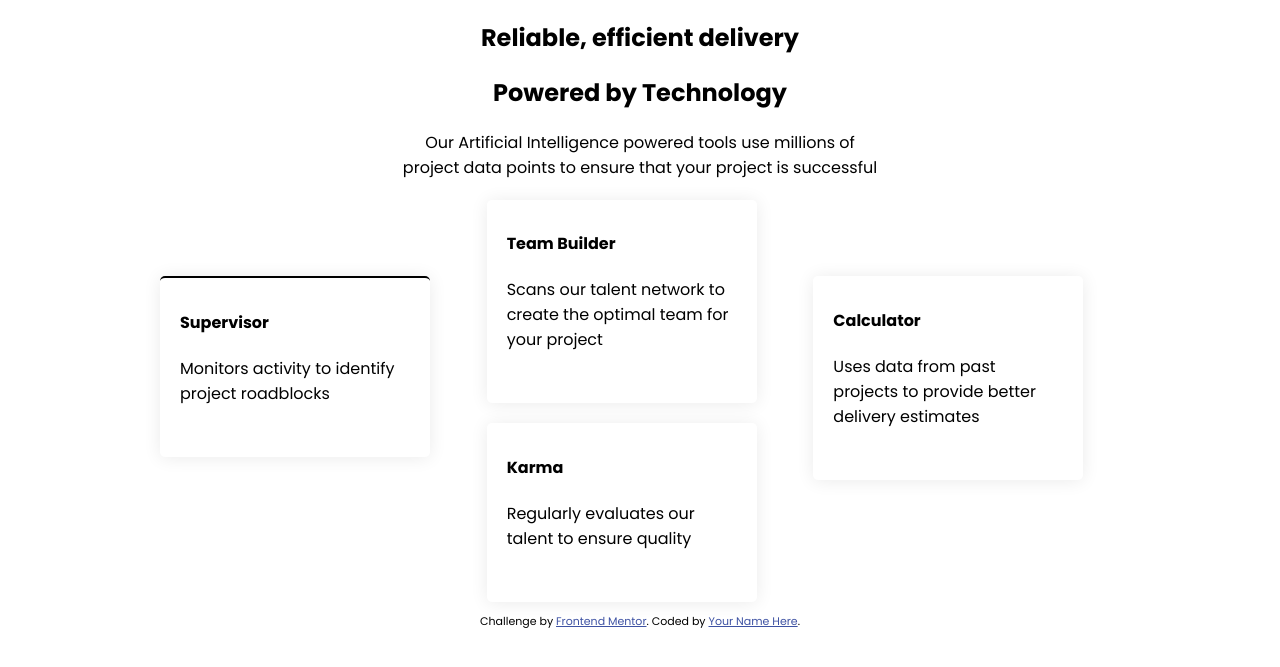
Repository: BuduCE/four-card-feature-section-master
Page: index.html
The author's editor kept a copy of each file at every save. The page is drawn from the files as they stood at one save, then again after a run of saves.
The browser window is 1280 px wide. The pictures show the whole page.

Above is the page before, as saved 2023-06-01 22:31:38.

### index.html
<!DOCTYPE html>
<html lang="en">
<head>
  <meta charset="UTF-8">
  <meta name="viewport" content="width=device-width, initial-scale=1.0"> <!-- displays site properly based on user's device -->

  <link rel="icon" type="image/png" sizes="32x32" href="./images/favicon-32x32.png">

  <title>Frontend Mentor | Four card feature section</title>

  <link rel="stylesheet" href="styles.css">
  <!-- Gogle font family -->
  <link rel="preconnect" href="https://fonts.googleapis.com">
  <link rel="preconnect" href="https://fonts.gstatic.com" crossorigin>
  <link
    href="https://fonts.googleapis.com/css2?family=Montserrat:ital,wght@0,200;0,300;0,400;0,500;0,600;0,700;0,800;0,900;1,200;1,300;1,400;1,500;1,600;1,700;1,800;1,900&family=Poppins:wght@100;200;300;400;500;700;900&display=swap"
    rel="stylesheet">
</head>
<body>
  <h2>Reliable, efficient delivery</h2>
  <h2>Powered by Technology</h2>

  <p class="header_detail">Our Artificial Intelligence powered tools use millions of project data points
  to ensure that your project is successful</p>

  <div class="product_card">
    <div class="card_containers">
      <div class="card specialX a">
        <h4>Supervisor</h4>
        <p>Monitors activity to identify project roadblocks</p>
        <img src="" alt="">
      </div>
    </div>

    <div class="card_containers special">
      <div class="card b">
        <h4>Team Builder</h4>
        <p>Scans our talent network to create the optimal team for your project</p>
        <img src="" alt="">
      </div>

      <div class="card c">
        <h4>Karma</h4>
        <p>Regularly evaluates our talent to ensure quality</p>
        <img src="" alt="">
      </div>
    </div>

    <div class="card_containers">
      <div class="card specialX d">
        <h4>Calculator</h4>
        <p>Uses data from past projects to provide better delivery estimates</p>
        <img src="" alt="">
      </div>
    </div>
  </div>

  <footer>
    <p class="attribution">
      Challenge by <a href="https://www.frontendmentor.io?ref=challenge" target="_blank">Frontend Mentor</a>.
      Coded by <a href="#">Your Name Here</a>.
    </p>
  </footer>
</body>
</html>

### styles.css
.attribution {
    font-size: 11px;
    text-align: center;
}

.attribution a {
    color: hsl(228, 45%, 44%);
}

body {
    font-family: 'Poppins', sans-serif;
    text-align: center;
    width: 75%;
    margin: auto;
}
.header_detail{
    width: 50%;
    margin: auto;
}
.product_card{
    display: grid;
    grid-template-columns: 1fr 1fr 1fr;
    /* display: flex;
    align-items: center; */
    gap: 20px;
    width: 100%;
    margin: auto;
    margin-top: 20px;
}
.card{
    padding: 10px 20px;
    width: 75%;
    text-align: left;
    -webkit-box-shadow: 0px 1px 18px 0px rgba(235, 235, 235, 1);
        -moz-box-shadow: 0px 1px 18px 0px rgba(235, 235, 235, 1);
        box-shadow: 0px 1px 18px 0px rgba(235, 235, 235, 1);
        border-radius: 5px;
}
.specialX{
    margin-top: 25%;
}
.special{
    display: flex;
    flex-direction: column;
    gap: 20px;
}
.a{
    border-top: 2px solid ;
}

After the next 4 saves:
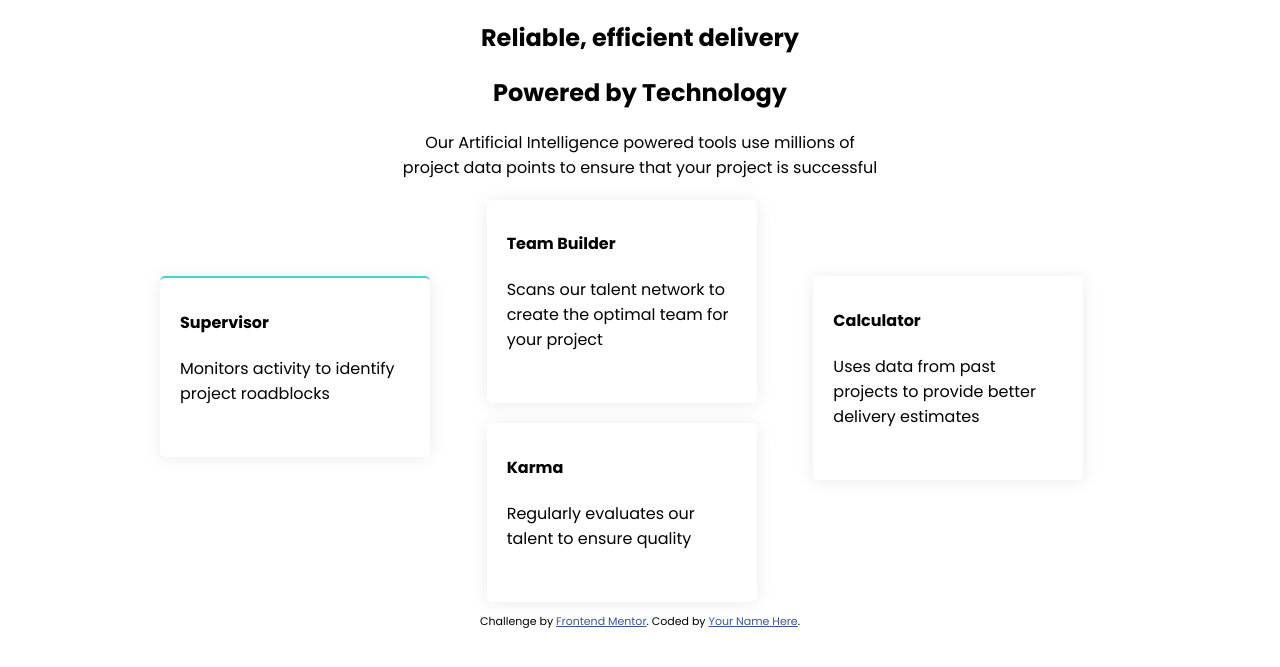
The 4 saves are shown as one change because they came seconds apart.
The last was saved 27 s later.
--- a/styles.css
+++ b/styles.css
@@ -45,5 +45,8 @@ body {
     gap: 20px;
 }
 .a{
-    border-top: 2px solid ;
+    border-top: 2px solid hsl(180, 62%, 55%);
 }
+.b{
+
+}
